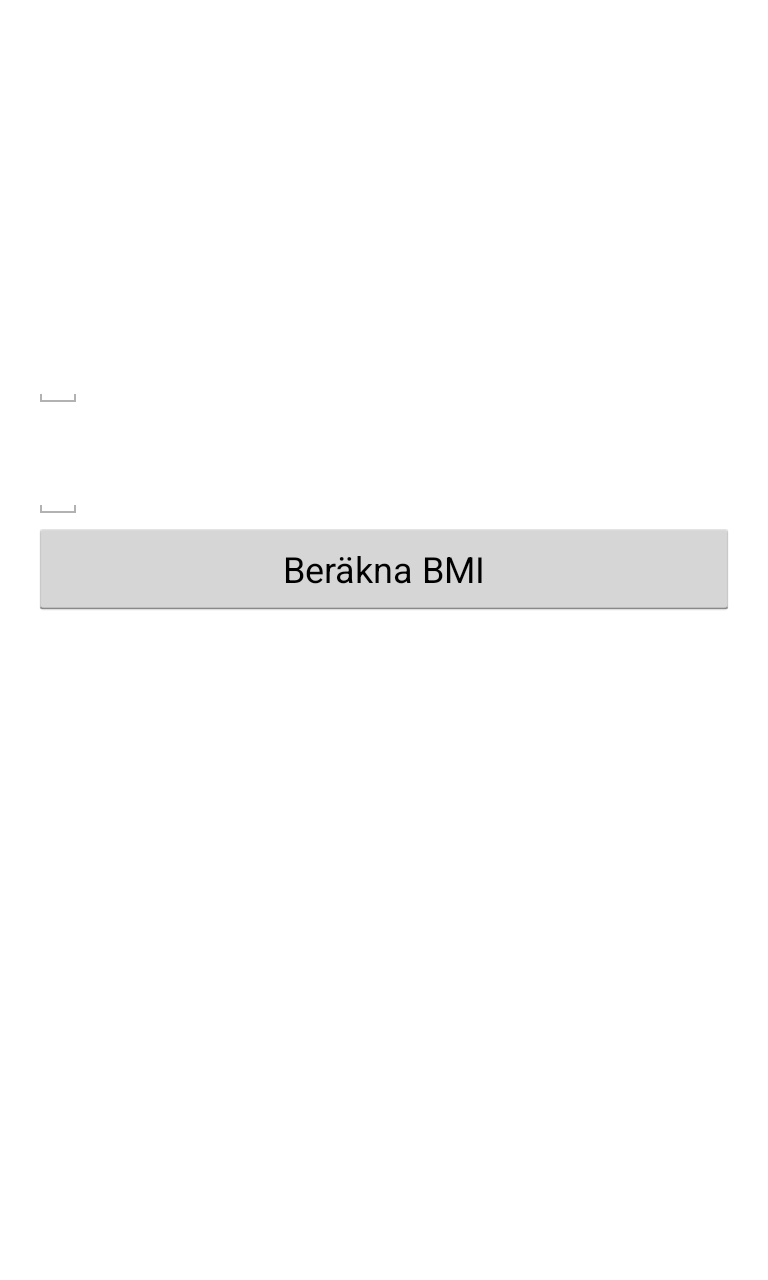
Repository: ek222mw/IDV436_API_Komponent
Layout: labb1_BMI/res/layout/activity_main.xml
An editor plug-in stored every save of this project. The layout is shown before and after the next save, followed by the edit.
It is drawn on a 768 x 1280 px phone screen (xhdpi) without system bars, with theme AppTheme; the app's code is not run.

Above is the layout before, as saved 2014-11-17 13:17:12.

After the next save:
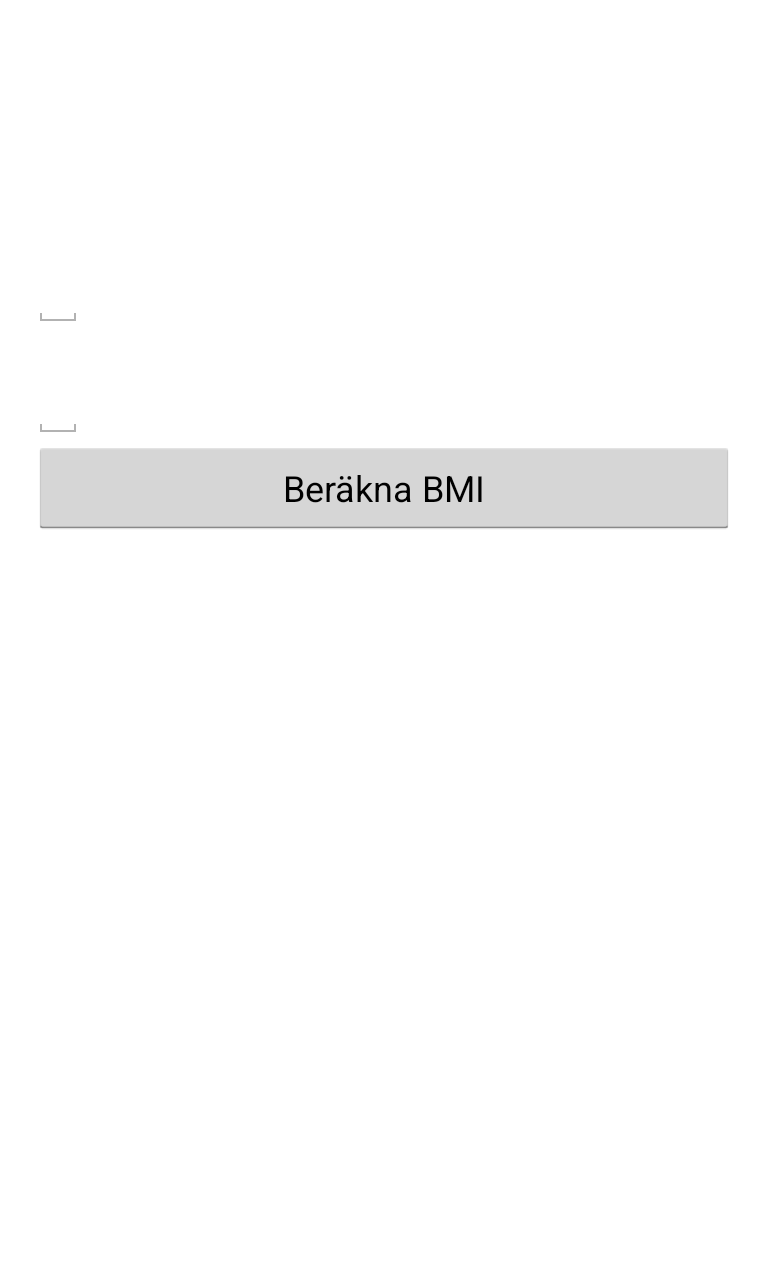
Saved 16 s later.
--- a/labb1_BMI/res/layout/activity_main.xml
+++ b/labb1_BMI/res/layout/activity_main.xml
@@ -16,7 +16,7 @@
         android:layout_height="wrap_content"
         android:text="@string/result"
         android:layout_gravity="center"
-        android:textSize="100sp"
+        android:textSize="70sp"
          />
 
     <EditText android:id="@+id/edit_text"
